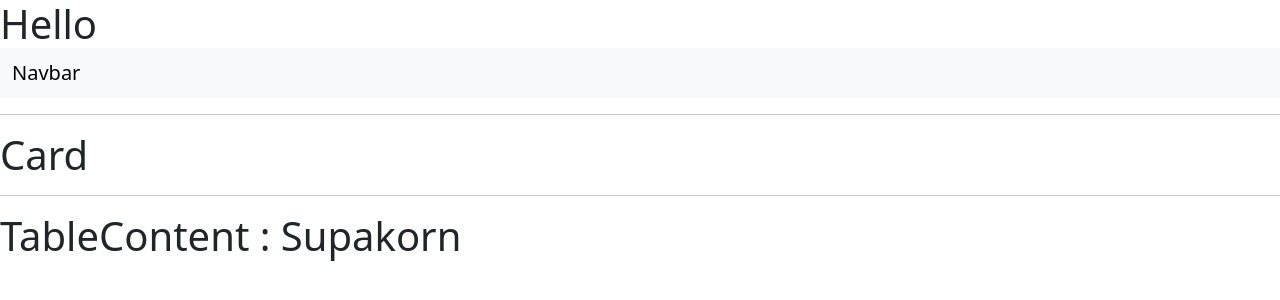
Repository: supakorn5039-boon/React-s
Page: /
The author's editor kept a copy of each file at every save. The page is drawn from the files as they stood at one save, then again after the next save.
The browser window is 1280 px wide. The pictures show the whole page.
The project was rebuilt for these pictures with package versions that can differ from the ones it lists, and the page was loaded fresh each time. Also part of the build but not shown: vite.config.js, src/inedx.css.

Above is the page before, as saved 2024-01-09 09:21:25.

### src/main.jsx
import React from "react";
import ReactDOM from "react-dom/client";
import App from "./App.jsx";
import "./inedx.css";
import "bootstrap/dist/css/bootstrap.css";

ReactDOM.createRoot(document.getElementById("root")).render(
  <React.StrictMode>
    <App />
  </React.StrictMode>
);

### src/App.jsx
import { useState } from "react";
import Navbar from "./components/Navbar";
import TableContent from "./components/TableContent";
import Card from "./components/Card";

export default function App() {
  const [data, setData] = useState("Supakorn");
  var name = "Boon";

  const handleShow = () => {
    console.log("Click");
  };

  return (
    <h1>
      Hello
      <Navbar text={name} handleShow={handleShow} setData={setData} />
      <hr />
      <Card />
      <hr />
      <TableContent data={data} />
    </h1>
  );
}

### src/components/Navbar.jsx
import { useState } from "react";

/* eslint-disable react/prop-types */
export default function Navbar() {
  const [show, setShow] = useState(false);

  const [s, setS] = useState([
    { name: "boon", detail: "msi" },
    { name: "Supakorn", detail: "coding" },
  ]);
  const handleClick = () => {
    setS(s + 1);
    setShow(true);
    if (show === true) {
      alert("555+");
    }
  };

  return (
    <>
      <nav className="navbar bg-body-tertiary">
        <div className="container-fluid">
          <a className="navbar-brand" href="#">
            Navbar
          </a>
        </div>
      </nav>
    </>
  );
}

### src/components/TableContent.jsx
export default function TableContent({ data }) {
  return (
  <div>TableContent : {data}</div>
  )
}

### src/components/Card.jsx
export default function Card() {
  return <div>Card</div>;
}

Loaded but not shown: index.html (common file)

After the next save:
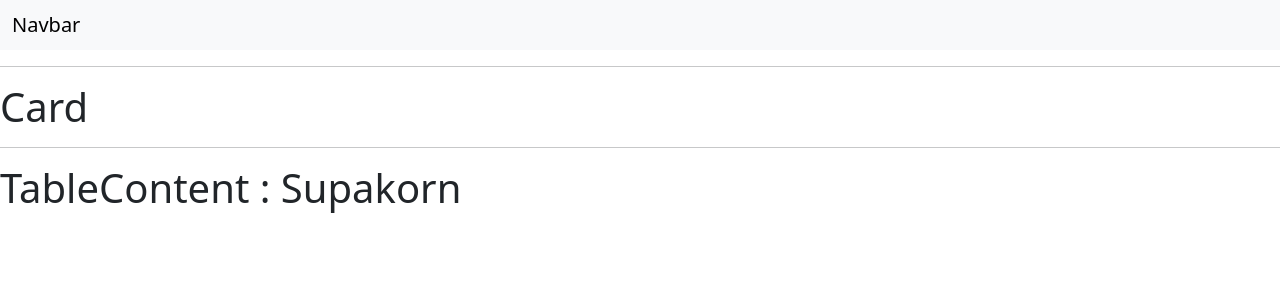
Saved 11 s later.
--- a/src/App.jsx
+++ b/src/App.jsx
@@ -13,7 +13,6 @@ export default function App() {
 
   return (
     <h1>
-      Hello
       <Navbar text={name} handleShow={handleShow} setData={setData} />
       <hr />
       <Card />
